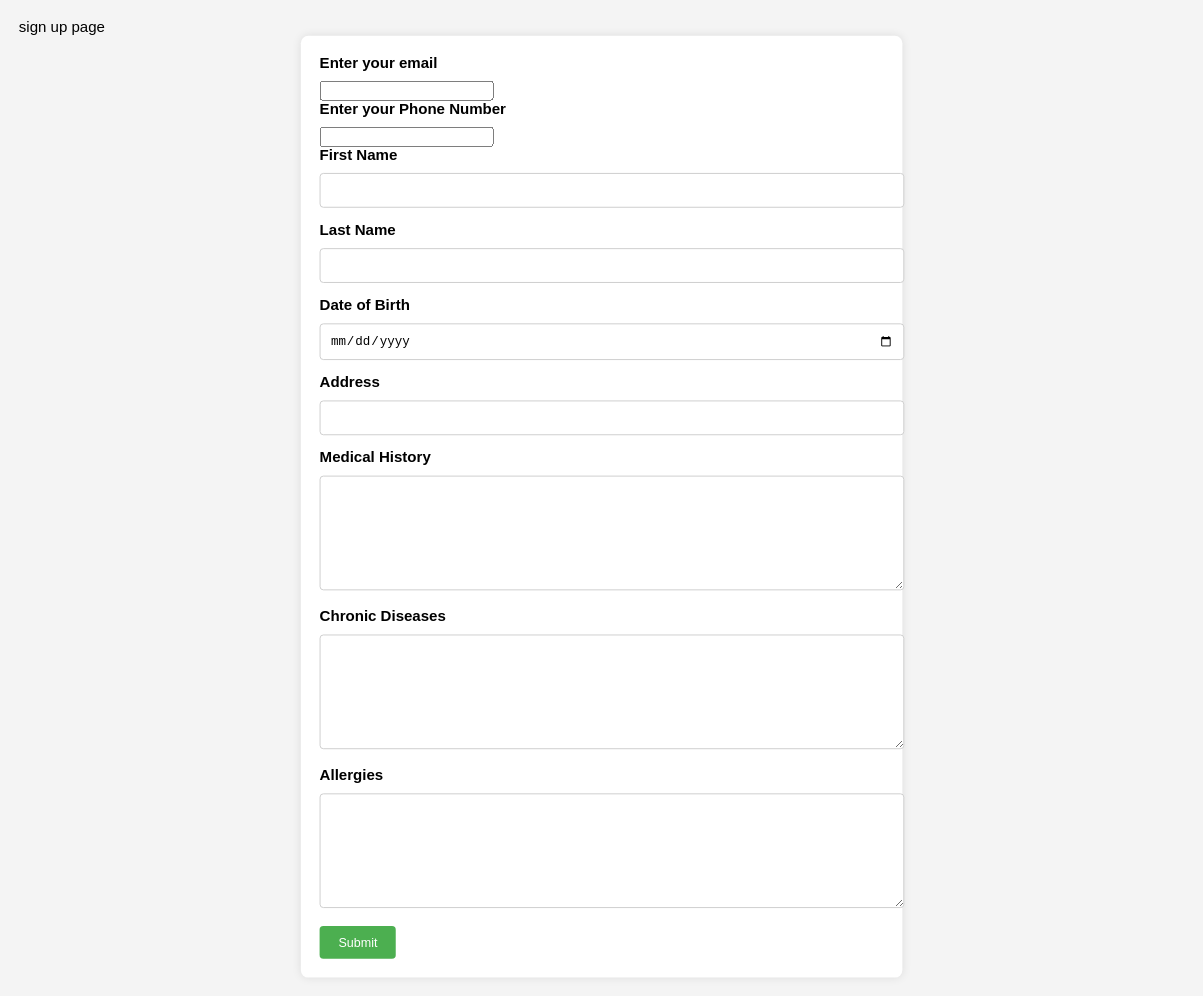
Repository: OmarAl-Saleh/Hospital-Emergency-System
Page: http://localhost/EmergencySystem/patient/sign-up.jsp
The author's editor kept a copy of each file at every save. The page is drawn from the files as they stood at one save, then again after the next save.
The browser window is 1280 px wide. The pictures show the whole page, at 94% of full size.
The page is served by Tomcat 9. Other server files are loaded and not shown.

Above is the page before, as saved 2024-05-22 10:38:14.

### EmergencySystem/EmergencySystem/src/main/webapp/patient/sign-up.jsp
<!DOCTYPE html>
<html>
<head>
    <meta charset="ISO-8859-1">
    <title>Patient Profile Form</title>
    <style>
        body {
            font-family: Arial, sans-serif;
            background-color: #f4f4f4;
            margin: 0;
            padding: 20px;
        }

        form {
            background-color: white;
            padding: 20px;
            border-radius: 8px;
            box-shadow: 0 0 10px rgba(0, 0, 0, 0.1);
            max-width: 600px;
            margin: auto;
        }

        label {
            display: block;
            margin-bottom: 10px;
            font-weight: bold;
        }

        input[type="text"], input[type="date"], textarea {
            width: 100%;
            padding: 10px;
            margin-bottom: 15px;
            border: 1px solid #ccc;
            border-radius: 4px;
        }

        textarea {
            height: 100px;
        }

        input[type="submit"] {
            background-color: #4CAF50;
            color: white;
            border: none;
            padding: 10px 20px;
            cursor: pointer;
            border-radius: 4px;
        }

        input[type="submit"]:hover {
            background-color: #45a049;
        }
    </style>
<head>sign up page</head>
<body>
    <form action="patient" method="post">

         <input type="hidden" name="source" value="sign-up"/>
    	<label>Enter your email</label>
    	<input type="email" name="email" required/>
    	<br>
    	<label>Enter your Phone Number</label>
    	<input type="tel" name="phoneNumber" required/>
    	<br>

        <label for="firstName">First Name</label>
        <input type="text" id="firstName" name="firstName" required>

        <label for="lastName">Last Name</label>
        <input type="text" id="lastName" name="lastName" required>

        <label for="dob">Date of Birth</label>
        <input type="date" id="dob" name="dob" required>

        <label for="address">Address</label>
        <input type="text" id="address" name="address" required>

        <label for="medicalHistory">Medical History</label>
        <textarea id="medicalHistory" name="medicalHistory" required></textarea>

        <label for="chronicDiseases">Chronic Diseases</label>
        <textarea id="chronicDiseases" name="chronicDiseases" required></textarea>

        <label for="allergies">Allergies</label>
        <textarea id="allergies" name="allergies" required></textarea>

        <input type="submit" value="Submit">
    </form>
</body>
</html>

After the next save:
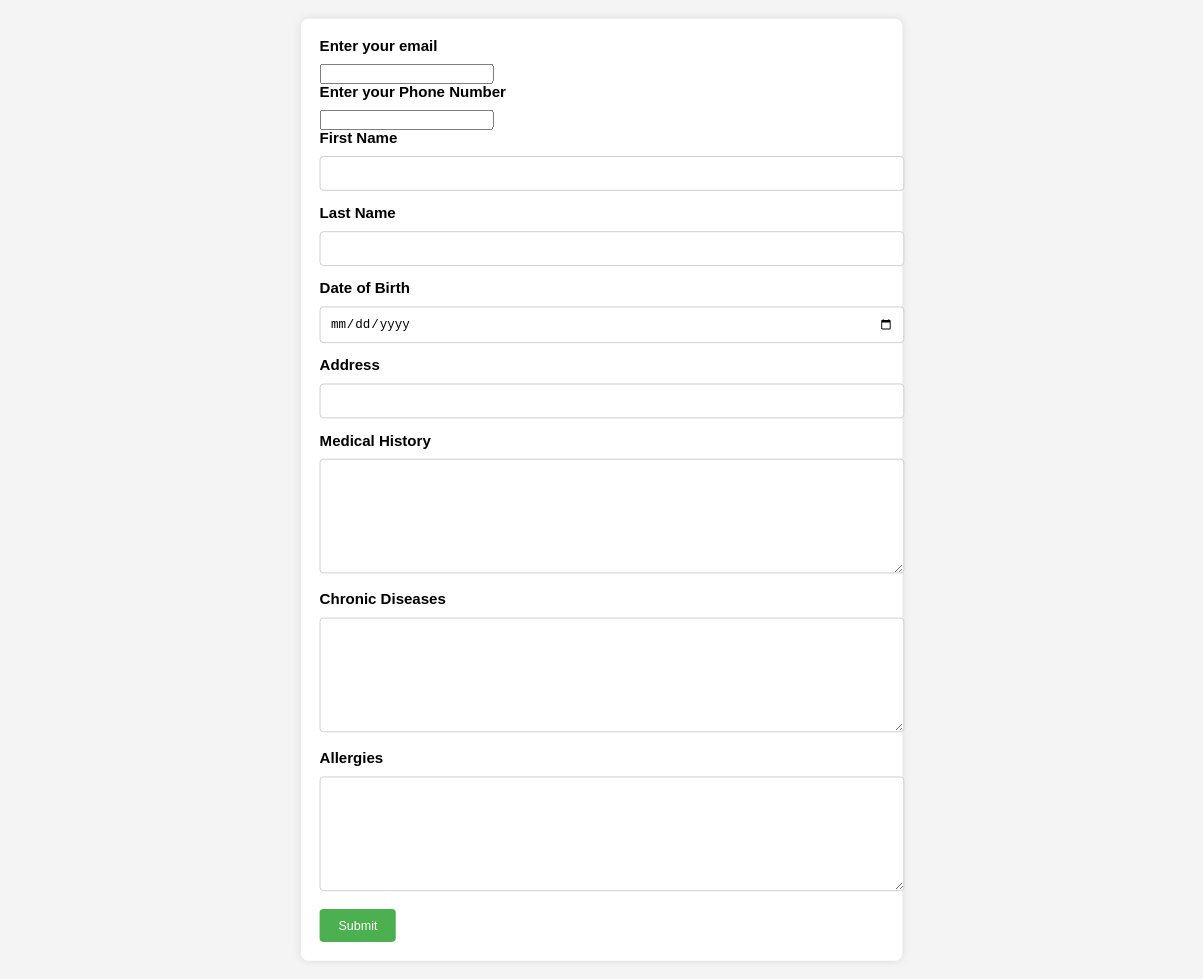
Saved 2 min 0 s later.
--- a/EmergencySystem/EmergencySystem/src/main/webapp/patient/sign-up.jsp
+++ b/EmergencySystem/EmergencySystem/src/main/webapp/patient/sign-up.jsp
@@ -51,7 +51,6 @@
             background-color: #45a049;
         }
     </style>
-<head>sign up page</head>
 <body>
     <form action="patient" method="post">
 
